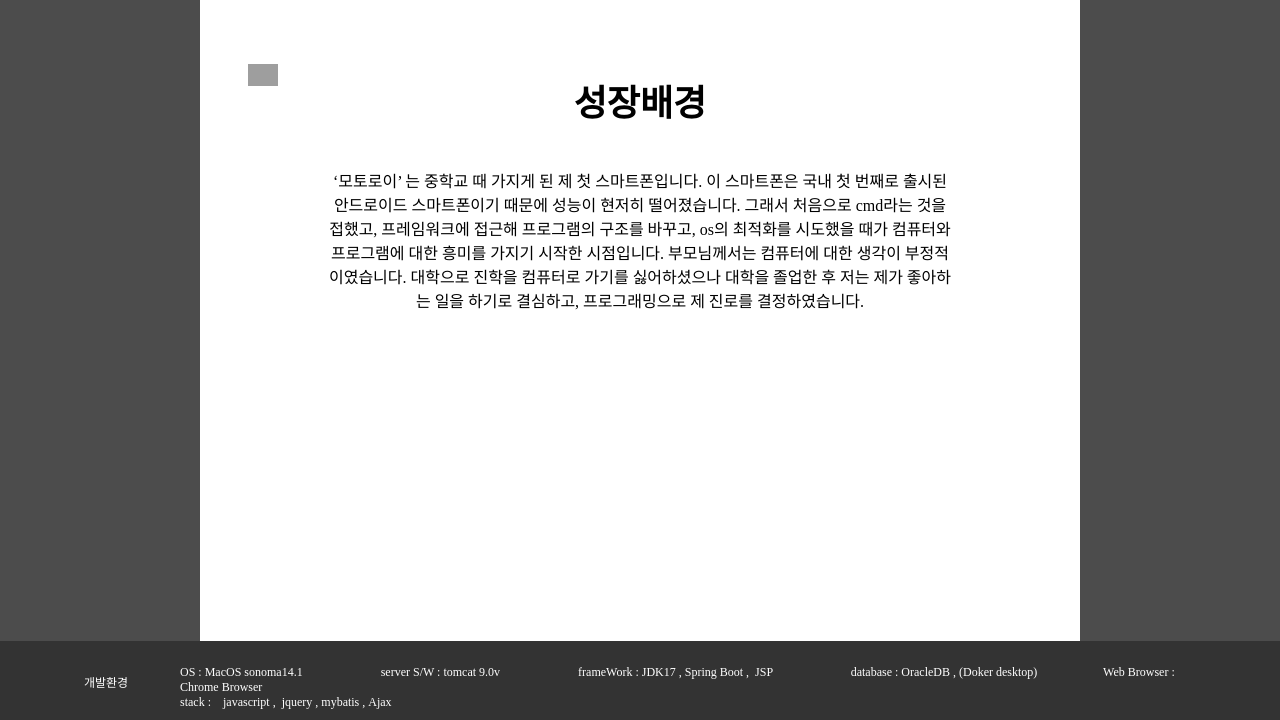
Repository: LeeHaNeul96/Leehaneul
Page: http://localhost/com.introduce/WEB-INF/views/more2.jsp
The author's editor kept a copy of each file at every save. The page is drawn from the files as they stood at one save, then again after the next save.
The browser window is 1280 px wide. The pictures show the whole page.
Pictures or frames that could not be fetched are drawn as grey boxes. The page is served by Tomcat 9. Nobody is signed in. The template is opened directly, without the code that normally fills it, so the values that code supplies are empty.

Above is the page before, as saved 2023-10-31 10:18:28.
Console error: ReferenceError: $h2Elements is not defined

After the next save:
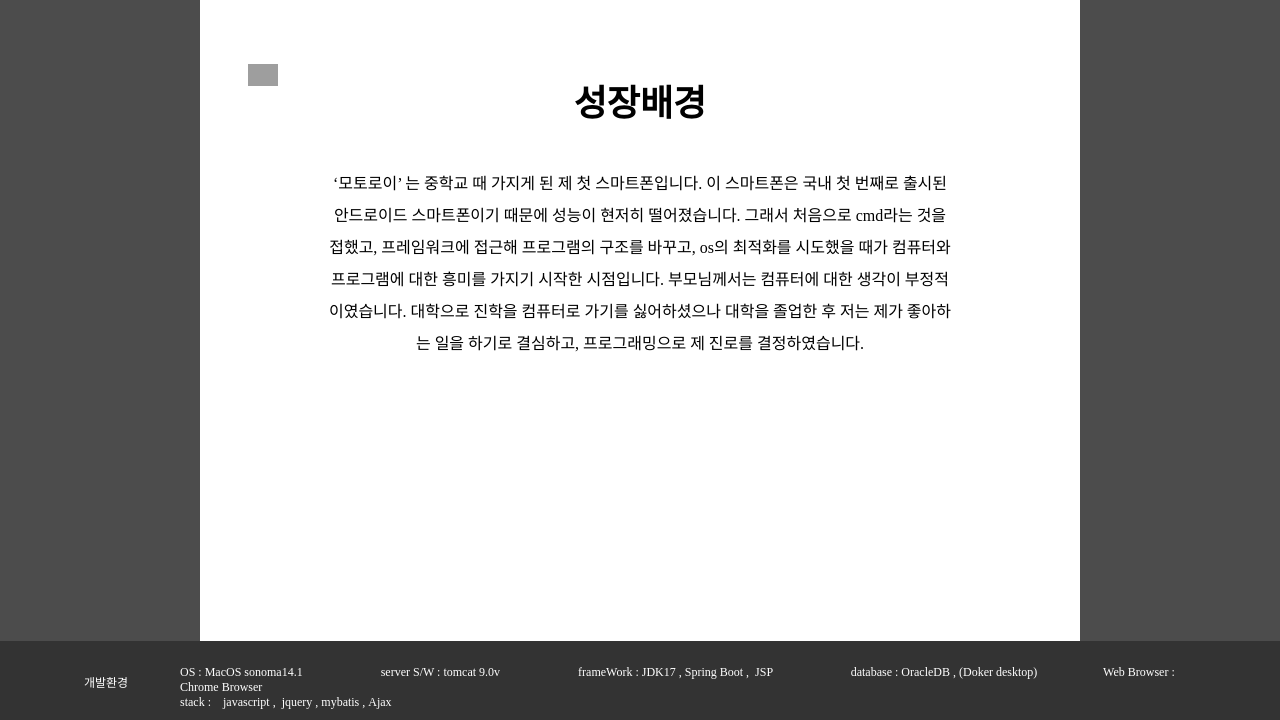
Saved 41 s later.
--- a/com.introduce/src/main/webapp/WEB-INF/views/more2.jsp
+++ b/com.introduce/src/main/webapp/WEB-INF/views/more2.jsp
@@ -77,6 +77,7 @@ margin-top: 0;
 text-align: center;
 margin-right: 20em;
 margin-left: 20em;
+line-height: 2;
 }
 </style>
 </head>
